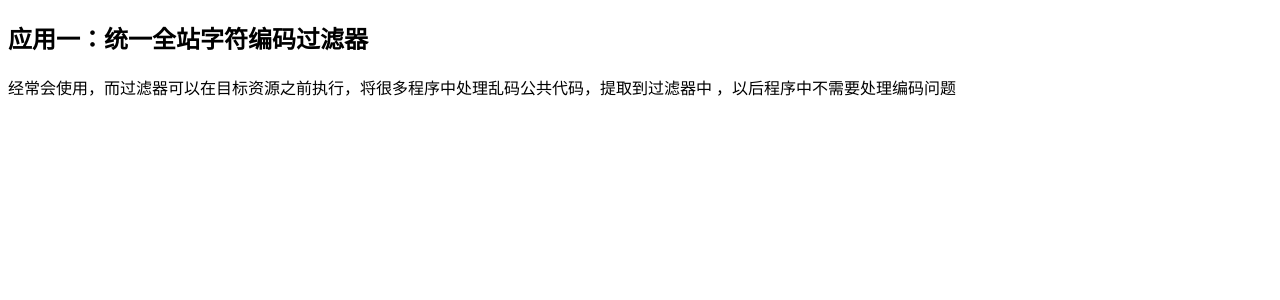
Repository: iamsongpeng/java-web-demo
Page: http://localhost/java-web-demo-filter/demo01/encoding.jsp
The author's editor kept a copy of each file at every save. The page is drawn from the files as they stood at one save, then again after the next save.
The browser window is 1280 px wide. The pictures show the whole page.
The page is served by Tomcat 9.

Above is the page before, as saved 2017-06-12 16:28:29.

After the next save:
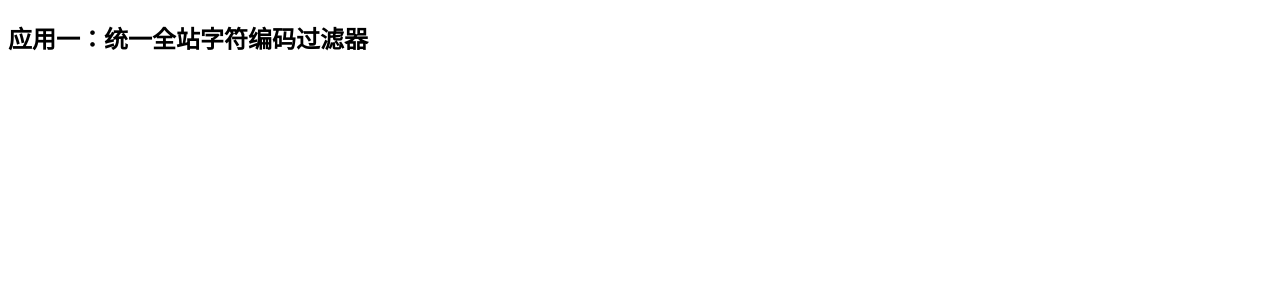
Saved 2 min 44 s later.
--- a/java-web-demo-filter/WebContent/demo01/encoding.jsp
+++ b/java-web-demo-filter/WebContent/demo01/encoding.jsp
@@ -8,6 +8,6 @@
 </head>
 <body>
 	<h2>应用一：统一全站字符编码过滤器</h2>
-	<p>经常会使用，而过滤器可以在目标资源之前执行，将很多程序中处理乱码公共代码，提取到过滤器中 ，以后程序中不需要处理编码问题</p>
+	<form action="${pageContext.request.contextPath }/encoding"></form>
 </body>
 </html>
